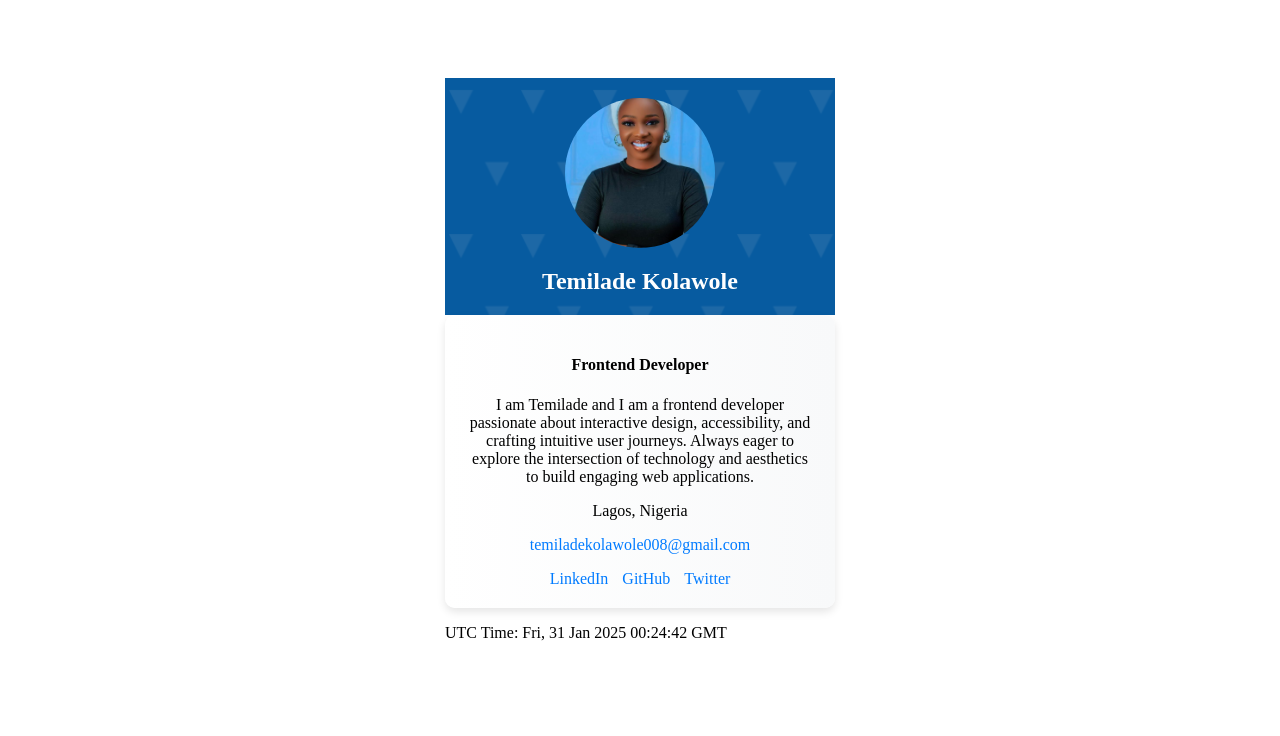
Repository: KolawoleTemilade/ticket-guarantor
Page: profilecard/index..html
An editor plug-in stored every save of this project. The page is shown before and after the next save, followed by the edit.
The browser window is 1280 px wide. The pictures show the whole page.

Above is the page before, as saved 2025-02-04 17:21:13.

After the next save:
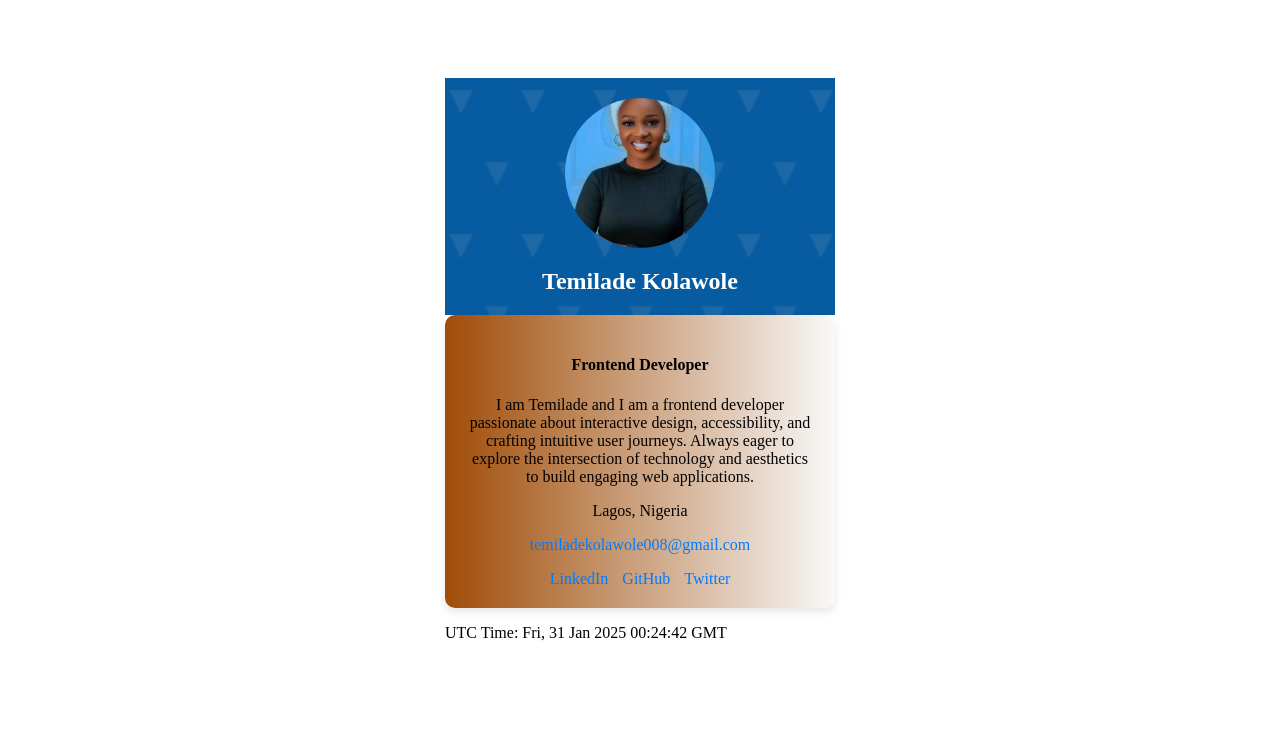
Saved 9 s later.
--- a/profilecard/style.css
+++ b/profilecard/style.css
@@ -13,7 +13,7 @@ body {
   text-align: center;
   max-width: 350px;
   width: 100%;
-  background: linear-gradient(to right, #ffffff, #f8f9fa);
+  background: linear-gradient(to right, #A04C07, #f8f9fa);
 }
 .background {
   width: 100%;
